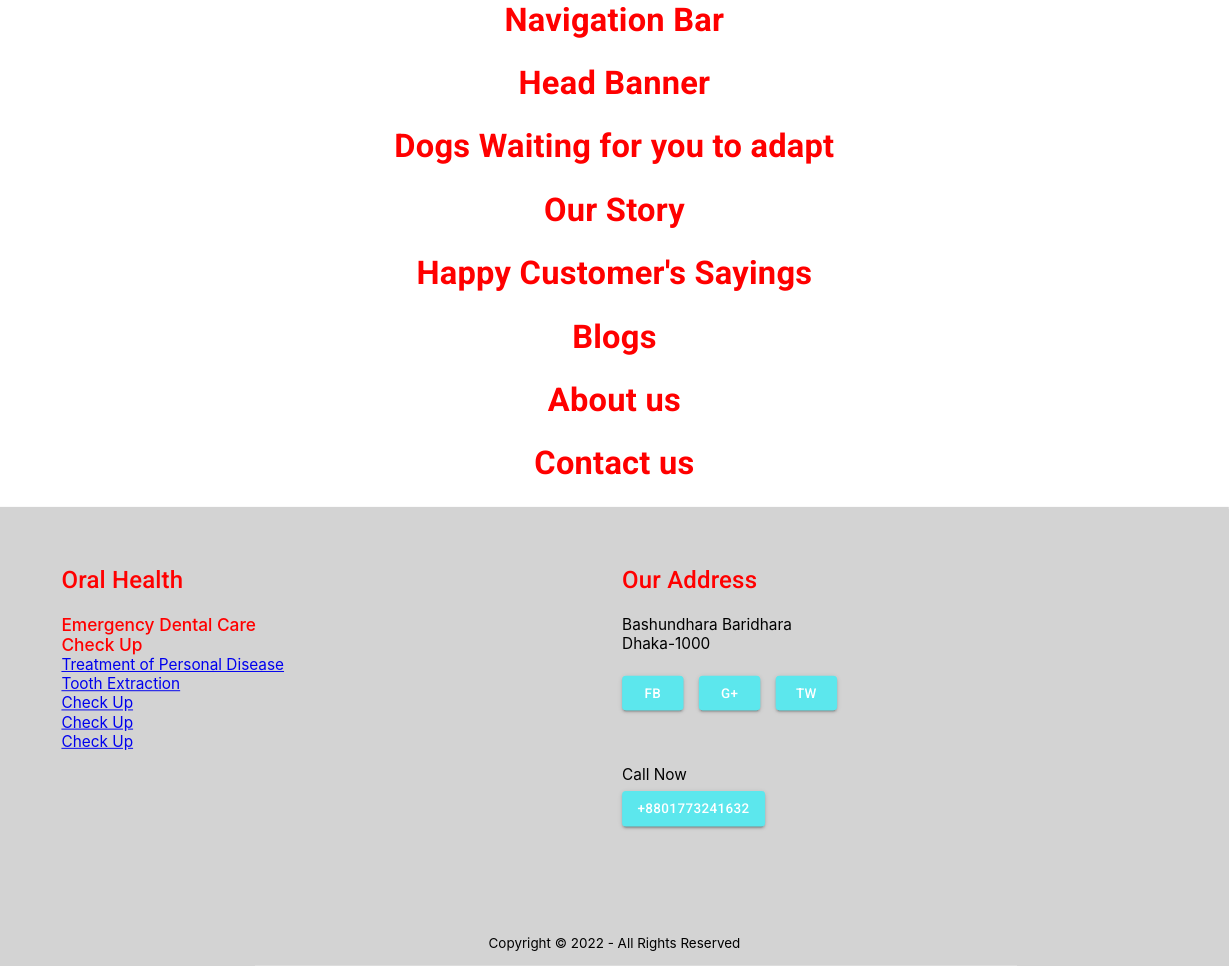
Repository: Sharif-00112/dogos-paradise-client
Page: /home
These files come from the project's save history. The page is drawn as it stood at one moment and after the next save; the edit follows.
The browser window is 1280 px wide. The pictures show the whole page, at 96% of full size.
The page's requests for data from a server got no answer. The project was rebuilt for these pictures with package versions that can differ from the ones it lists, and the page was loaded fresh each time. Some packages were replaced by stand-ins written for this rebuild. No one was signed in, and anything a server would have sent is missing. Also part of the build but not shown: src/Pages/Login/Login/Login.js, src/Pages/Login/Register/Register.js, src/Pages/NotFound/NotFound.js.

Above is the page before, as saved 2022-11-30 22:41:11.

### public/index.html
<!DOCTYPE html>
<html lang="en">
  <head>
    <meta charset="utf-8" />
    <link rel="icon" href="%PUBLIC_URL%/favicon.ico" />
    <meta name="viewport" content="width=device-width, initial-scale=1" />
    <meta name="theme-color" content="#000000" />
    <meta
      name="description"
      content="Web site created using create-react-app"
    />
    <link
      rel="stylesheet" href="https://fonts.googleapis.com/css?family=Roboto:300,400,500,700&display=swap"
    />

    <link rel="apple-touch-icon" href="%PUBLIC_URL%/logo192.png" />
    <!--
      manifest.json provides metadata used when your web app is installed on a
      user's mobile device or desktop. See https://developers.google.com/web/fundamentals/web-app-manifest/
    -->
    <link rel="manifest" href="%PUBLIC_URL%/manifest.json" />
    <!--
      Notice the use of %PUBLIC_URL% in the tags above.
      It will be replaced with the URL of the `public` folder during the build.
      Only files inside the `public` folder can be referenced from the HTML.

      Unlike "/favicon.ico" or "favicon.ico", "%PUBLIC_URL%/favicon.ico" will
      work correctly both with client-side routing and a non-root public URL.
      Learn how to configure a non-root public URL by running `npm run build`.
    -->
    <title>React App</title>
  </head>
  <body>
    <noscript>You need to enable JavaScript to run this app.</noscript>
    <div id="root"></div>
    <!--
      This HTML file is a template.
      If you open it directly in the browser, you will see an empty page.

      You can add webfonts, meta tags, or analytics to this file.
      The build step will place the bundled scripts into the <body> tag.

      To begin the development, run `npm start` or `yarn start`.
      To create a production bundle, use `npm run build` or `yarn build`.
    -->
  </body>
</html>

### src/App.js
import React  from 'react';
import './App.css';
import { BrowserRouter as Router, Route, Routes} from 'react-router-dom';
import Home from './Pages/Home/Home/Home';
import Login from './Pages/Login/Login/Login';
import Register from './Pages/Login/Register/Register';
import AuthProvider from './contexts/AuthProvider/AuthProvider';
// import PrivateRoute from './Pages/Login/PrivateRoute/PrivateRoute';
import NotFound from './Pages/NotFound/NotFound';
import Contact from './Pages/Home/Contact/Contact';
import Products from './Pages/Home/Products/Products';
import Story from './Pages/Home/Story/Story';
import CustomerReviews from './Pages/Home/CustomerReviews/CustomerReviews';
import Blogs from './Pages/Home/Blogs/Blogs';
import About from './Pages/Home/About/About';
// import Footer from './Pages/Shared/Footer/Footer';
// import Dashboard from './Pages/Dashboard/Dashboard/Dashboard';

function App() {
  return (
    <div className="App">
      <AuthProvider>
        <Router>
          <Routes>
            <Route exact path = '/' element={<Home/>}/>
            <Route exact path = '/home' element={<Home/>}/>
            <Route exact path = '/login' element={<Login/>}/>
            <Route exact path = '/register' element={<Register/>}/>
            <Route exact path = '/contact' element={<Contact/>}/>
            <Route exact path = '/products' element={<Products/>}/>
            <Route exact path = '/story' element={<Story/>}/>
            <Route exact path = '/reviews' element={<CustomerReviews/>}/>
            <Route exact path = '/blogs' element={<Blogs/>}/>
            <Route exact path = '/about' element={<About/>}/>
            {/* <Route exact path = '/appointment' element = {
              <PrivateRoute>
                <Appointment></Appointment>
              </PrivateRoute>
            }> </Route> */}
            {/* <Route path = 'dashboard/*' element = {
              <PrivateRoute>
                <Dashboard></Dashboard>
              </PrivateRoute>
            }> </Route> */}
            <Route path = '*' element={<NotFound/>}/>
          </Routes>
          {/* <Footer></Footer> */}
        </Router>
      </AuthProvider>
    </div>
  );
}

export default App;

### src/Pages/Home/Home/Home.js
import React from 'react';
import Footer from '../../Shared/Footer/Footer';
import Navigation from '../../Shared/Navigation/Navigation';
import About from '../About/About';
import Banner from '../Banner/Banner';
import Blogs from '../Blogs/Blogs';
import Contact from '../Contact/Contact';
import CustomerReviews from '../CustomerReviews/CustomerReviews';
import Products from '../Products/Products';
import Story from '../Story/Story';

const Home = () => {
    return (
        <div>
            <Navigation></Navigation>
            <Banner></Banner>
            <Products></Products>
            <Story></Story>
            <CustomerReviews></CustomerReviews>
            <Blogs></Blogs>
            <About></About>
            <Contact></Contact>
            <Footer></Footer>
        </div>
    );
};

export default Home;

### src/contexts/AuthProvider/AuthProvider.js
import React from 'react';
import { createContext } from 'react';
import useFirebase from '../../hooks/useFirebase';

//step-1-context
export const AuthContext = createContext();

const AuthProvider = (props) => {
    //step-3-context
    const {children} = props;

    //step-5-context
    const allContexts = useFirebase();

    return (
        //step-2-context
        <AuthContext.Provider value={allContexts}>
            {children}
        </AuthContext.Provider>
    );
};

export default AuthProvider;

### src/Pages/Home/Contact/Contact.js
import React from 'react';
import { Typography } from '@mui/material';

const Contact = () => {
    return (
        <div>
            <Typography sx={{ m: 3, color: 'red', fontWeight: 600 }} variant="h4" component="div">
                Contact us
            </Typography>
        </div>
    );
};

export default Contact;

### src/Pages/Home/Products/Products.js
import React from 'react';
import { Typography } from '@mui/material';

const Products = () => {
    return (
        <div>
            <Typography sx={{ m: 3, color: 'red', fontWeight: 600 }} variant="h4" component="div">
                Dogs Waiting for you to adapt
            </Typography>
        </div>
    );
};

export default Products;

### src/Pages/Home/Story/Story.js
import React from 'react';
import { Typography } from '@mui/material';


const Story = () => {
    return (
        <div>
            <Typography sx={{ m: 3, color: 'red', fontWeight: 600 }} variant="h4" component="div">
                Our Story
            </Typography>
        </div>
    );
};

export default Story;

### src/Pages/Home/CustomerReviews/CustomerReviews.js
import React from 'react';
import { Typography } from '@mui/material';


const CustomerReviews = () => {
    return (
        <div>
            <Typography sx={{ m: 3, color: 'red', fontWeight: 600 }} variant="h4" component="div">
                Happy Customer's Sayings
            </Typography>
        </div>
    );
};

export default CustomerReviews;

### src/Pages/Home/Blogs/Blogs.js
import React from 'react';
import { Typography } from '@mui/material';


const Blogs = () => {
    return (
        <div>
            <Typography sx={{ m: 3, color: 'red', fontWeight: 600 }} variant="h4" component="div">
                Blogs
            </Typography>
        </div>
    );
};

export default Blogs;

### src/Pages/Home/About/About.js
import React from 'react';
import { Typography } from '@mui/material';

const About = () => {
    return (
        <div>
            <Typography sx={{ m: 3, color: 'red', fontWeight: 600 }} variant="h4" component="div">
                About us
            </Typography>
        </div>
    );
};

export default About;

### src/Pages/Shared/Footer/Footer.js
import React from 'react';
import { Typography } from '@mui/material';
import { Container } from '@mui/system';
import Box from '@mui/material/Box';
import Grid from '@mui/material/Unstable_Grid2';
import { Link } from 'react-router-dom';
import { Button } from '@mui/material';


const Footer = () => {
    return (
        <div style={{ backgroundColor: 'lightgray' }}>
        <Container sx={{ py: 5, px:10 }}>
            <Box sx={{ flexGrow: 1 }}>
                <Grid container spacing={2}>
                    <Grid item style={{ textAlign: 'left'}} xs={6} md={6}>
                        <Typography sx={{ my:2, fontSize: 18, fontWeight: 600 }} style={{color: 'red', fontWeight: 500, fontSize: 25 }} variant="h6" component="div">
                            Oral Health
                        </Typography>
                        <Link style={{ textDecoration:'none', color: 'red', fontWeight: 500, fontSize: 18 }} to = '/emergencyDentalCare'>
                            Emergency Dental Care
                        </Link>
                        <br />
                        <Link style={{ textDecoration:'none', color: 'red', fontWeight: 500, fontSize: 18 }} to = '/checkUp'>
                            Check Up
                        </Link>
                        <br />
                        <Link to = '/treatmentOfPersonalDisease'>
                            Treatment of Personal Disease
                        </Link>
                        <br />
                        <Link to = '/toothExtraction'>
                            Tooth Extraction
                        </Link>
                        <br />
                        <Link to = '/checkUp'>
                            Check Up
                        </Link>
                        <br />
                        <Link to = '/checkUp'>
                            Check Up
                        </Link>
                        <br />
                        <Link to = '/checkUp'>
                            Check Up
                        </Link>
                    </Grid>
                    <Grid item style={{ textAlign: 'left'}} xs={6} md={6}>
                        <Typography sx={{ my:2, fontSize: 18, fontWeight: 600 }} style={{color: 'red', fontWeight: 500, fontSize: 25 }} variant="h6" component="div">
                            Our Address
                        </Typography>
                        <Typography sx={{ fontSize: 16, fontWeight: 400 }} variant="" component="div">
                                Bashundhara Baridhara <br />
                                Dhaka-1000
                        </Typography>

                        <a href="https://www.facebook.com/" target="_blank" style={{ textDecoration:'none', color:'white' }}>
                            <Button sx={{ mt:3, mr:2 }} variant="contained" style={{backgroundColor: '#5CE7ED'}}>
                                FB
                            </Button>
                        </a>
                        <a href="https://www.google.com/" target="_blank" style={{ textDecoration:'none', color:'white' }}>
                            <Button sx={{ mt:3, mr:2 }} variant="contained" style={{backgroundColor: '#5CE7ED'}}>
                                G+
                            </Button>
                        </a>
                        <a href="https://twitter.com/" target="_blank" style={{ textDecoration:'none', color:'white' }}>
                            <Button sx={{ mt:3, mr:2 }} variant="contained" style={{backgroundColor: '#5CE7ED'}}>
                                TW
                            </Button>
                        </a>

                        <Typography sx={{ mt:7, fontSize: 16, fontWeight: 400 }} variant="" component="div">
                                Call Now
                        </Typography>
                        <a href="tel:+8801773241632" style={{ textDecoration:'none', color:'white' }}>
                            <Button sx={{ mt:1, mr:2 }} variant="contained" style={{backgroundColor: '#5CE7ED'}}>
                                +8801773241632
                            </Button>
                        </a>
                    </Grid>
                </Grid>
            </Box>
        </Container>
        <Typography sx={{ p:2, mt:7, fontSize: 14, fontWeight: 400 }} variant="" component="div">
            Copyright &copy; 2022 - All Rights Reserved
        </Typography>
    </div>
    );
};

export default Footer;

### src/Pages/Shared/Navigation/Navigation.js
import React from 'react';
import { Typography } from '@mui/material';

const Navigation = () => {
    return (
        <div>
            <Typography sx={{ mx: 3, color: 'red', fontWeight: 600 }} variant="h4" component="div">
                Navigation Bar
            </Typography>
        </div>
    );
};

export default Navigation;

### src/Pages/Home/Banner/Banner.js
import React from 'react';
import { Typography } from '@mui/material';

const Banner = () => {
    return (
        <div>
            <Typography sx={{ m: 3, color: 'red', fontWeight: 600 }} variant="h4" component="div">
                Head Banner
            </Typography>
        </div>
    );
};

export default Banner;

### src/Pages/Login/Firebase/firebase.initialize.js
import { initializeApp } from "firebase/app";
import firebaseConfig from "./firebase.config";

const initializeAuthentication = () =>{
    initializeApp(firebaseConfig);
}

export default initializeAuthentication;

### src/Pages/Login/Firebase/firebase.config.js
// console.log(process.env);

const firebaseConfig = {
  apiKey: process.env.REACT_APP_FIREBASE_API_KEY,
  authDomain: process.env.REACT_APP_FIREBASE_AUTH_DOMAIN,
  projectId: process.env.REACT_APP_FIREBASE_PROJECT_ID,
  storageBucket: process.env.REACT_APP_FIREBASE_STORAGE_BUCKET,
  messagingSenderId: process.env.REACT_APP_FIREBASE_MESSAGING_SENDER_ID,
  appId: process.env.REACT_APP_FIREBASE_APP_ID,
  measurementId: process.env.REACT_APP_FIREBASE_MEASUREMENT_ID
};

export default firebaseConfig;

// .env.local
// REACT_APP_FIREBASE_API_KEY=AIzaSyCGaQ8G2l5KeOKX4bAJ7MC19oWW_2vnTNQ
// REACT_APP_FIREBASE_AUTH_DOMAIN=dogos-paradise.firebaseapp.com
// REACT_APP_FIREBASE_PROJECT_ID=dogos-paradise
// REACT_APP_FIREBASE_STORAGE_BUCKET=dogos-paradise.appspot.com
// REACT_APP_FIREBASE_MESSAGING_SENDER_ID=824394057307
// REACT_APP_FIREBASE_APP_ID=1:824394057307:web:727ac0c86627b9544a617e
// REACT_APP_FIREBASE_MEASUREMENT_ID=G-DL8JJ6MYSD

// const firebaseConfig = {
  // apiKey: "AIzaSyCGaQ8G2l5KeOKX4bAJ7MC19oWW_2vnTNQ",
  // authDomain: "dogos-paradise.firebaseapp.com",
  // projectId: "dogos-paradise",
  // storageBucket: "dogos-paradise.appspot.com",
  // messagingSenderId: "824394057307",
  // appId: "1:824394057307:web:727ac0c86627b9544a617e",
  // measurementId: "G-DL8JJ6MYSD"
// };

Loaded but not shown: src/index.js (common file); src/index.css (common file); src/reportWebVitals.js (common file); src/App.css (common file); src/hooks/useFirebase.js (273 lines, source omitted)

After the next save:
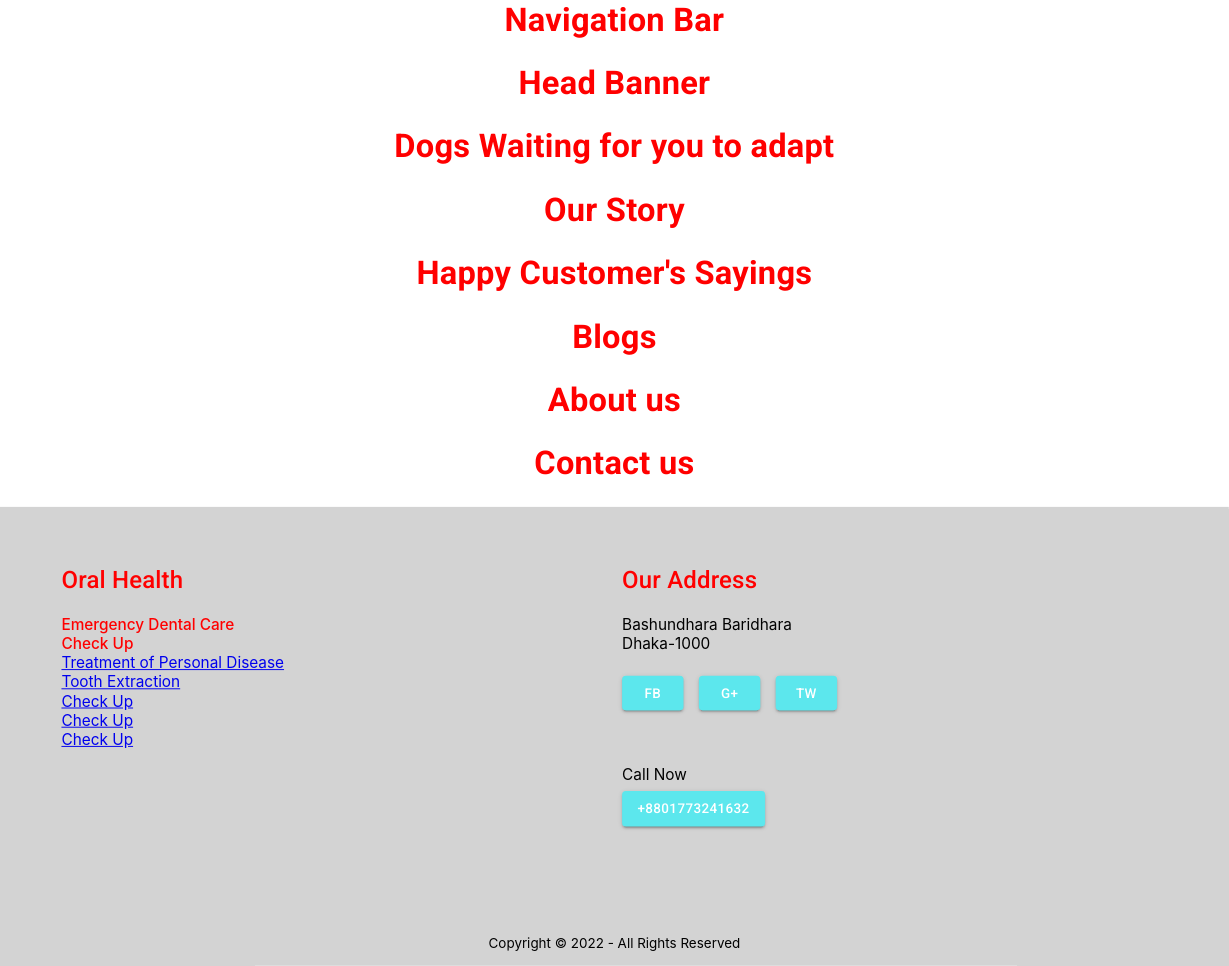
Saved 16 s later.
--- a/src/Pages/Shared/Footer/Footer.js
+++ b/src/Pages/Shared/Footer/Footer.js
@@ -17,11 +17,11 @@ const Footer = () => {
                         <Typography sx={{ my:2, fontSize: 18, fontWeight: 600 }} style={{color: 'red', fontWeight: 500, fontSize: 25 }} variant="h6" component="div">
                             Oral Health
                         </Typography>
-                        <Link style={{ textDecoration:'none', color: 'red', fontWeight: 500, fontSize: 18 }} to = '/emergencyDentalCare'>
+                        <Link style={{ textDecoration:'none', color: 'red', fontWeight: 500, fontSize: 16 }} to = '/emergencyDentalCare'>
                             Emergency Dental Care
                         </Link>
                         <br />
-                        <Link style={{ textDecoration:'none', color: 'red', fontWeight: 500, fontSize: 18 }} to = '/checkUp'>
+                        <Link style={{ textDecoration:'none', color: 'red', fontWeight: 500, fontSize: 16 }} to = '/checkUp'>
                             Check Up
                         </Link>
                         <br />
